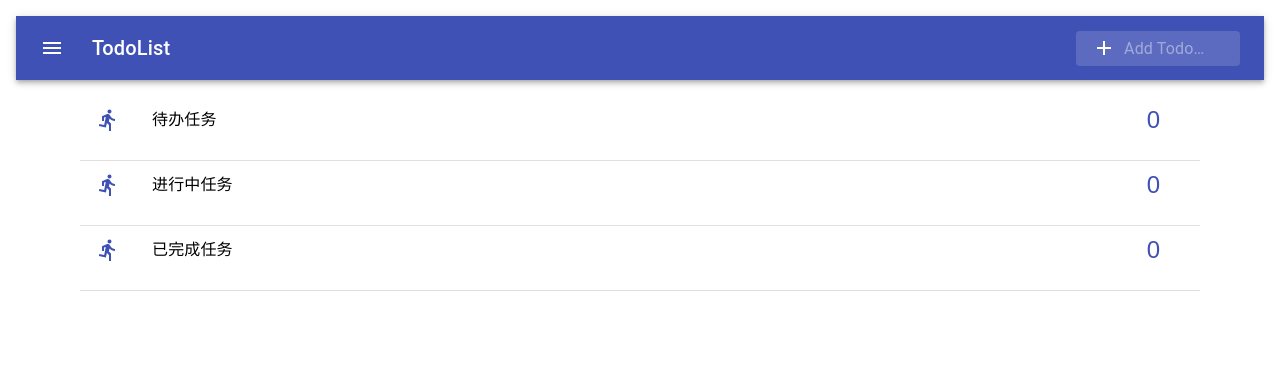
Repository: harperl71/TodoList
Page: /
The author's editor kept a copy of each file at every save. The page is drawn from the files as they stood at one save, then again after the next save.
The browser window is 1280 px wide. The pictures show the whole page.
The project was rebuilt for these pictures with package versions that can differ from the ones it lists, and the page was loaded fresh each time.

Above is the page before, as saved 2021-05-21 10:10:52.

### src/App.tsx
import React from "react";
import Header from "./components/header";
import Content from "./components/content";
import Footer from "./components/footer";
import Myprovider from "./context";
import TaskItem from "./components/content/task-item";

function App() {
  return (
    <div className="APP">
      <Myprovider>
        <Header />
        <Content />
        <Footer />
        {/*  <TaskItem /> */}
      </Myprovider>
    </div>
  );
}

export default App;

### src/components/header/index.tsx
import React, { useContext } from "react";
import { MyContext } from "../../context";
import AppBar from "@material-ui/core/AppBar";
import Toolbar from "@material-ui/core/Toolbar";
import IconButton from "@material-ui/core/IconButton";
import Typography from "@material-ui/core/Typography";
import InputBase from "@material-ui/core/InputBase";
import { makeStyles, fade } from "@material-ui/core/styles";
import MenuIcon from "@material-ui/icons/Menu";
import AddIcon from "@material-ui/icons/Add";

const useStyles = makeStyles((theme) => ({
  header: {
    margin: theme.spacing(2),
    justifyContent: "space-between",
  },
  listButton: {
    marginRight: theme.spacing(2),
  },
  title: {
    flexGrow: 1,
    display: "none",
    [theme.breakpoints.up("sm")]: {
      display: "block",
    },
  },
  search: {
    position: "relative",
    borderRadius: theme.shape.borderRadius,
    backgroundColor: fade(theme.palette.common.white, 0.15),
    "&:hover": {
      backgroundColor: fade(theme.palette.common.white, 0.25),
    },
    marginLeft: 0,
    width: "100%",
    [theme.breakpoints.up("sm")]: {
      marginLeft: theme.spacing(1),
      width: "auto",
    },
  },
  addIcon: {
    padding: theme.spacing(0, 2),
    height: "100%",
    position: "absolute",
    pointerEvents: "none",
    display: "flex",
    alignItems: "center",
    justifyContent: "center",
  },
  inputRoot: {
    color: "inherit",
  },
  inputInput: {
    padding: theme.spacing(1, 1, 1, 0),
    // vertical padding + font size from searchIcon
    paddingLeft: `calc(1em + ${theme.spacing(4)}px)`,
    transition: theme.transitions.create("width"),
    width: "100%",
    [theme.breakpoints.up("sm")]: {
      width: "12ch",
      "&:focus": {
        width: "20ch",
      },
    },
  },
}));

export default function SearchAppBar() {
  const classes = useStyles();
  const { Add } = useContext(MyContext);

  const enterPress = (evt: React.SyntheticEvent) => {
    if (
      (evt as KeyboardEventInit).code === "Enter" &&
      (evt.target as HTMLInputElement).value !== ""
    ) {
      Add((evt.target as HTMLInputElement).value);
      (evt.target as HTMLInputElement).value = "";
    }
  };

  return (
    <div className={classes.header}>
      <AppBar position="static">
        <Toolbar>
          <IconButton
            edge="start"
            className={classes.listButton}
            color="inherit"
            aria-label="open drawer"
          >
            <MenuIcon />
          </IconButton>
          <Typography className={classes.title} variant="h6" noWrap>
            TodoList
          </Typography>
          <div className={classes.search}>
            <div className={classes.addIcon}>
              <AddIcon />
            </div>
            <InputBase
              placeholder="Add Todo…"
              required
              classes={{
                root: classes.inputRoot,
                input: classes.inputInput,
              }}
              onKeyPress={enterPress}
            />
          </div>
        </Toolbar>
      </AppBar>
    </div>
  );
}

### src/components/content/index.tsx
import React, { Fragment } from "react";
import TaskList from "./task-list";
import { makeStyles } from "@material-ui/core";

const useStyles = makeStyles((theme) => ({
  content: {
    margin: theme.spacing(0, 6),
    justifyContent: "center",
  },
}));

const Content = () => {
  const classes = useStyles();
  return (
    <div className={classes.content}>
      <Fragment>
        <TaskList title="待办任务" status="todo" />
        <TaskList title="进行中任务" status="doing" />
        <TaskList title="已完成任务" status="done" />
      </Fragment>
    </div>
  );
};

export default Content;

### src/components/footer/index.tsx
import React from "react";

const Footer = () => {
  return <div className="footer"></div>;
};

export default Footer;

### src/context/index.tsx
import React, { createContext, useState } from "react";

export interface TodoProps {
  id: number;
  text: string;
  status: string;
}

export interface ContextProps {
  todoList: TodoProps[];
  Add: (item: string) => void;
  Delete: (id: number) => void;
  Remove: (index: number, status: string) => void;
  Clear: () => void;
}

export const MyContext = createContext({} as ContextProps);

const Myprovider = (props: React.PropsWithChildren<{}>) => {
  const [todoList, setList] = useState<TodoProps[]>([]);

  const Add = (item: string) => {
    const listItem = {
      id: new Date().getTime(),
      text: item,
      status: "todo",
    };
    setList([...todoList, listItem]);
  };
  //console.log(...todoList);

  const Delete = (id: number) => {
    setList(todoList.filter((item) => item.id !== id));
  };

  const Remove = (index: number, status: string) => {
    if (status === "todo") {
      const listItem = Object.assign({}, todoList[index], {
        status: "doing",
      });
      const list = todoList.splice(index, 1);
      setList([...list, listItem]);
    }
    if (status === "doing") {
      const listItem = Object.assign({}, todoList[index], {
        status: "done",
      });
      const list = todoList.splice(index, 1);
      setList([...list, listItem]);
    }
  };

  const Clear = () => setList([]);

  return (
    <MyContext.Provider value={{ todoList, Add, Delete, Remove, Clear }}>
      {props.children}
    </MyContext.Provider>
  );
};

export default Myprovider;

### src/components/content/task-list/index.tsx
import React, { Fragment, useContext } from "react";
import TaskItem from "../task-item";
import { MyContext } from "../../../context";
import {
  makeStyles,
  List,
  ListItem,
  ListItemIcon,
  ListItemText,
  Divider,
  IconButton,
} from "@material-ui/core";
import DirectionsRunIcon from "@material-ui/icons/DirectionsRun";

const useStyles = makeStyles((theme) => ({
  list: {
    margin: theme.spacing(0, 4),
    justifyContent: "space-between",
    padding: 0,
  },
  listTitle: {
    justifyContent: "center",
  },
  listnum: {
    marginRight: theme.spacing(3),
    padding: 0,
    color: "secondary",
  },
}));

interface Iprops {
  title: string;
  status: string;
}

const TaskList = ({ title, status }: Iprops) => {
  const classes = useStyles();

  const { todoList } = useContext(MyContext);
  console.log(todoList);

  return (
    <List
      className={classes.list}
      component="nav"
      aria-label="main mailbox folders"
    >
      <ListItem className="ListHeader" button>
        <ListItemIcon>
          <DirectionsRunIcon color="primary" />
        </ListItemIcon>
        <ListItemText primary={title} />
        <IconButton
          className={classes.listnum}
          color="primary"
          aria-label="list-num"
        >
          {
            todoList.filter((item) => {
              return item.status === status;
            }).length
          }
        </IconButton>
      </ListItem>
      <div>
        <List className={title}>
          {/* {todoList
            .filter((item) => {
              return item.status === status;
            })
            .map((item) => {
              return 1;
            })}
           */}
          {console.log(...todoList)}
        </List>
      </div>

      <Divider />
    </List>
  );
};

export default TaskList;

Loaded but not shown: public/index.html (common file); src/index.tsx (common file); src/index.css (common file); src/reportWebVitals.ts (common file)

After the next save:
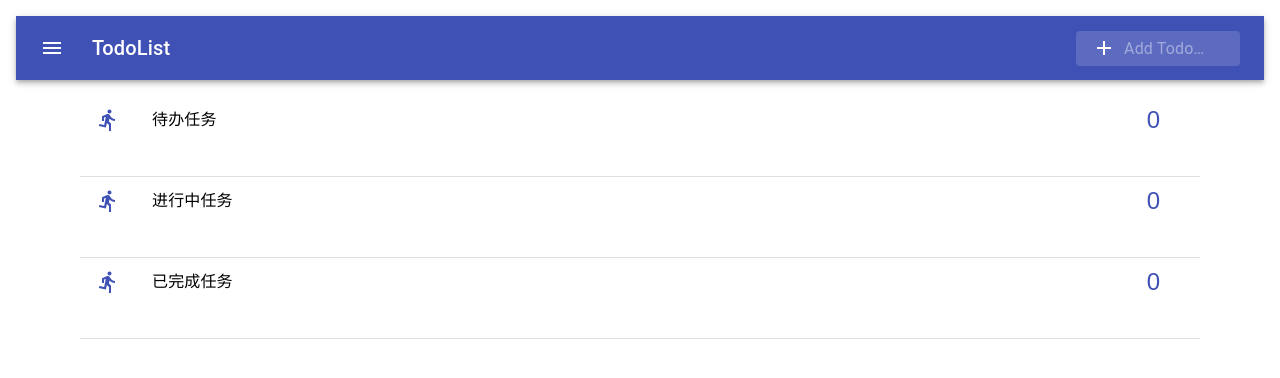
Saved 95 s later.
--- a/src/components/content/task-list/index.tsx
+++ b/src/components/content/task-list/index.tsx
@@ -64,15 +64,15 @@
       </ListItem>
       <div>
         <List className={title}>
-          {/* {todoList
-            .filter((item) => {
-              return item.status === status;
-            })
-            .map((item) => {
-              return 1;
-            })}
-           */}
-          {console.log(...todoList)}
+          <ListItem>
+            {todoList
+              .filter((item) => {
+                return item.status === status;
+              })
+              .map((item) => {
+                return 1;
+              })}
+          </ListItem>
         </List>
       </div>
 

After the save that followed:
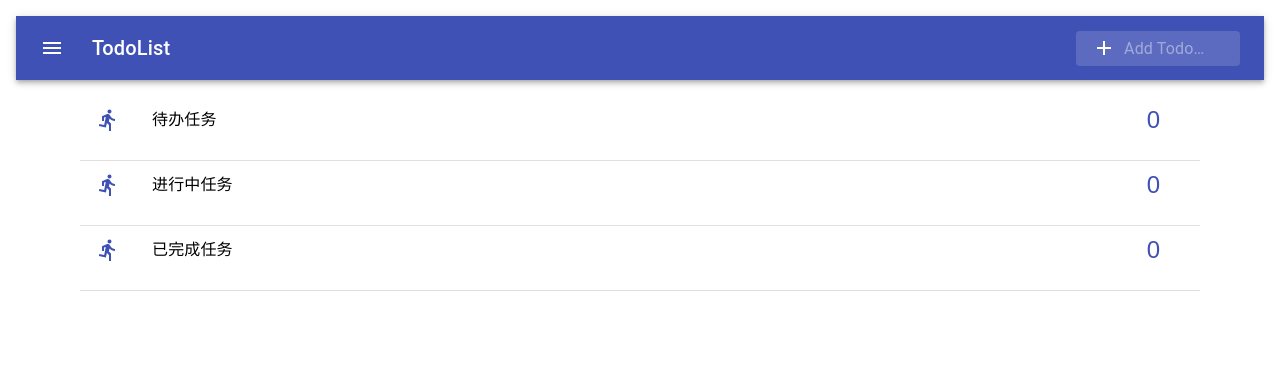
Saved 33 s later.
--- a/src/components/content/task-list/index.tsx
+++ b/src/components/content/task-list/index.tsx
@@ -62,18 +62,16 @@
           }
         </IconButton>
       </ListItem>
-      <div>
-        <List className={title}>
-          <ListItem>
-            {todoList
-              .filter((item) => {
-                return item.status === status;
-              })
-              .map((item) => {
-                return 1;
-              })}
-          </ListItem>
-        </List>
+      <div className={title}>
+        <ListItem>
+          {todoList
+            .filter((item) => {
+              return item.status === status;
+            })
+            .map((item) => {
+              return 1;
+            })}
+        </ListItem>
       </div>
 
       <Divider />
